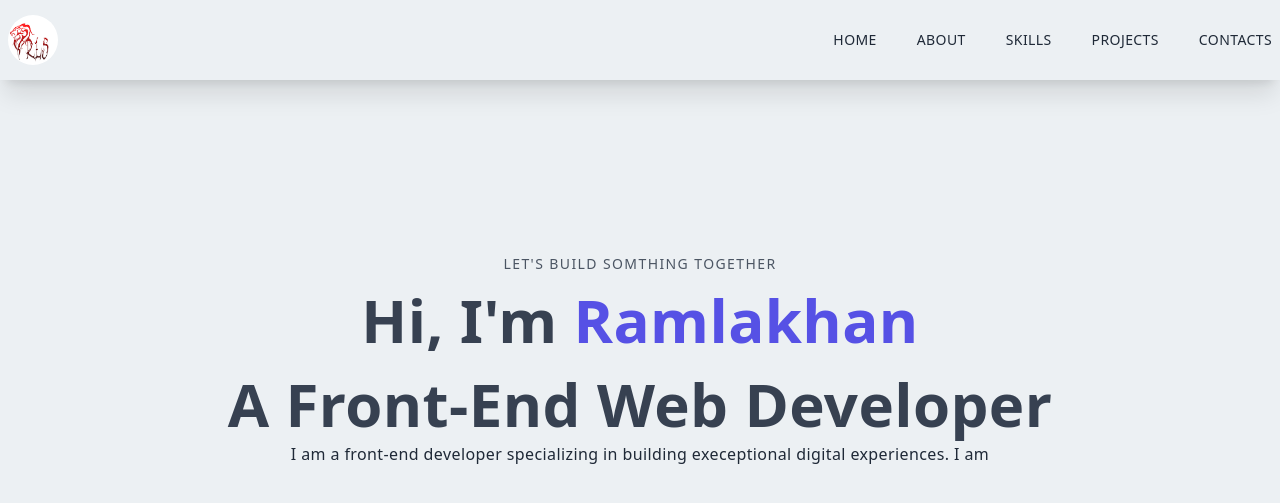
Repository: ram2642/portfolio-using-next-js
Page: /
An editor plug-in stored every save of this project. The page is shown before and after the next save, followed by the edit.
The browser window is 1280 px wide. The pictures show the whole page.
The project was rebuilt for these pictures with package versions that can differ from the ones it lists, and the page was loaded fresh each time. The framework's server and built-in components were replaced by stand-ins that run in the browser. Also part of the build but not shown: next.config.js.

Above is the page before, as saved 2022-09-04 01:55:44.

After the next save:
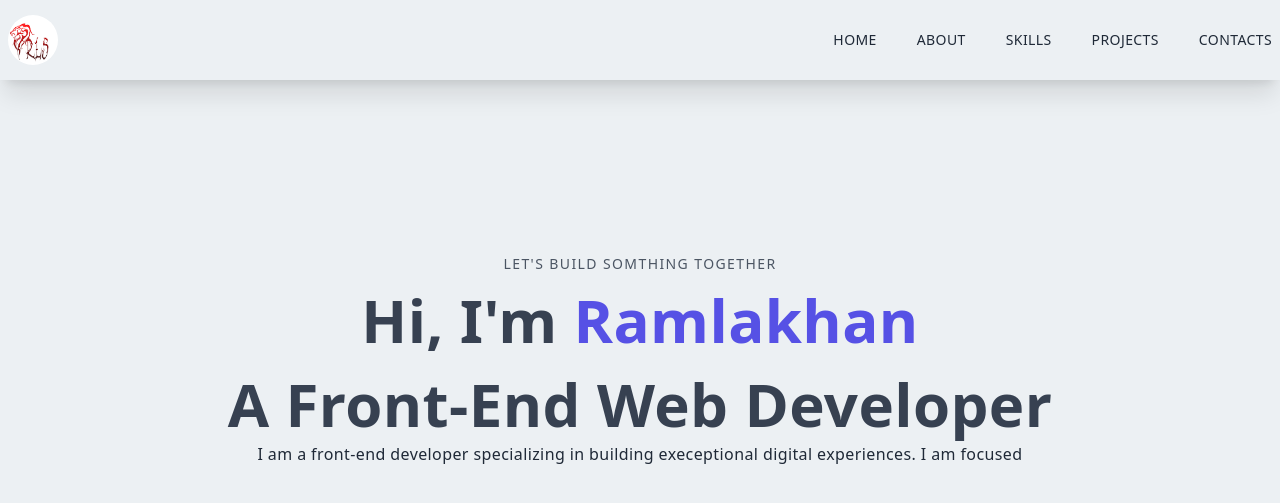
Saved 5 s later.
--- a/components/Main.jsx
+++ b/components/Main.jsx
@@ -13,7 +13,7 @@ const Main = () => {
         A Front-End Web Developer
       </h1>
       <p>
-        I am a front-end developer specializing in building execeptional digital experiences. I am
+        I am a front-end developer specializing in building execeptional digital experiences. I am focused
       </p>
     </div>
 
